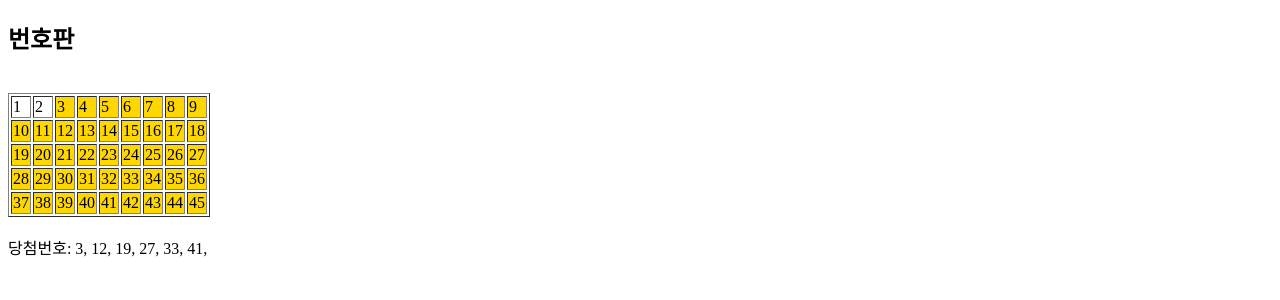
Repository: lhk21go-commits/Jsp2026
Page: http://localhost/chapter01/example_lotto.jsp
The author's editor kept a copy of each file at every save. The page is drawn from the files as they stood at one save, then again after the next save.
The browser window is 1280 px wide. The pictures show the whole page.
The page is served by Tomcat 9.

Above is the page before, as saved 2026-10-16 07:50:06.

### chapter01/src/main/webapp/example_lotto.jsp
<%@ page language="java" contentType="text/html; charset=UTF-8"
    pageEncoding="UTF-8" import="java.util.*"%>
<!DOCTYPE html>
<html>
<head>
<meta charset="UTF-8">
<title>Insert title here</title>
</head>
<body>

	<h2>번호판</h2>
	<br/>
	<%! int count = 1;
		int[] winNums = {3,12,19,27,33,41};
		boolean result = false;
		public boolean isWinning(int num){
			for(int i=0;i<winNums.length; i++){
				if(winNums[i] == num){
					result = true;
				}
			}
			return result;
		};
	%>
	<table border="1">
	<% count = 1;
		for(int i=1; i<=5; i++){	%>
		<tr>
			<%	for(int j=1; j<=9; j++){	%>
			<td style= background-color:<%=isWinning(count) ? "gold" : "white" %>><%=count %></td>
			<% count++;
			}; %>
		</tr>
		<%}; %>
	</table>
	<br/>
	<span>당첨번호:</span>
		<% for(int i=0; i<winNums.length; i++){
				out.print(winNums[i] + ", ");
			};
		%>


</body>
</html>

After the next save:
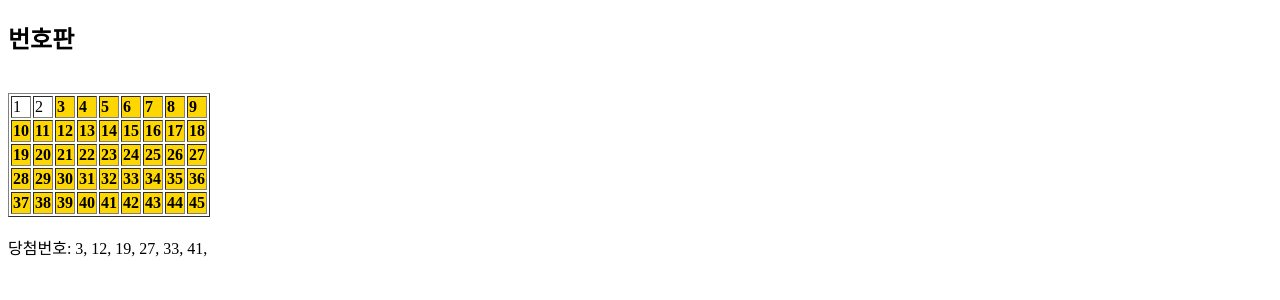
Saved 2 min 28 s later.
--- a/chapter01/src/main/webapp/example_lotto.jsp
+++ b/chapter01/src/main/webapp/example_lotto.jsp
@@ -27,7 +27,9 @@
 		for(int i=1; i<=5; i++){	%>
 		<tr>
 			<%	for(int j=1; j<=9; j++){	%>
-			<td style= background-color:<%=isWinning(count) ? "gold" : "white" %>><%=count %></td>
+			<td style= background-color:<%=isWinning(count) ? "gold" : "white" %>>
+				<%=isWinning(count) ? ("<b>"+count+"</b>") : count %>
+			</td>
 			<% count++;
 			}; %>
 		</tr>
